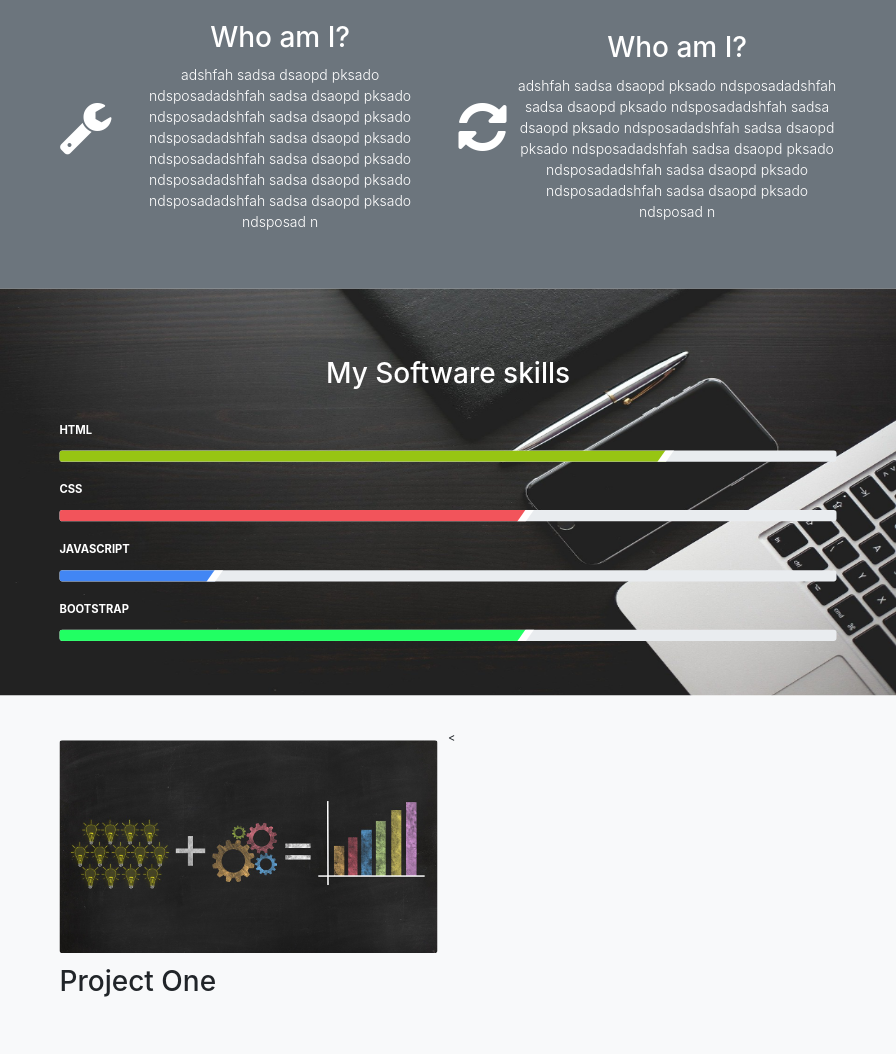
Repository: Kraljiccar/User-Centric-Frontend-Development-Milestone-Project
Page: index.html
The author's editor kept a record of every edit. The page is drawn from the files as they stood at one moment, then again after the next edit.
The browser window is 1280 px wide. The pictures show the part of the page from y = 772 to 2692 px (the page is 2277 px tall before and 2692 px after), at 70% of full size.
Backgrounds fixed to the window are drawn as part of the page.

Above is the page before.

### index.html
<!DOCTYPE html>
<html lang="en-US">

<head>
    <meta charset="UTF-8">
    <meta name="viewport" content="width=device-width, initial-scale=1.0">
    <meta http-equiv="X-UA-Compatible" content="ie=edge">
    <link rel="stylesheet" href="./assets/css/style.css" type="text/css" />
    <link rel="stylesheet" href="https://stackpath.bootstrapcdn.com/bootstrap/4.3.1/css/bootstrap.min.css" integrity="sha384-ggOyR0iXCbMQv3Xipma34MD+dH/1fQ784/j6cY/iJTQUOhcWr7x9JvoRxT2MZw1T" crossorigin="anonymous">
    <link rel="stylesheet" href="https://stackpath.bootstrapcdn.com/font-awesome/4.7.0/css/font-awesome.min.css" type="text/css" />

    <title>Nemanja Kraljic</title>
</head>

<body data-spy="scroll" data-target="#navbarResponsive">
    <section id="banner">
        <div class="container">
            <div class="row max-viewport align-items-center text-center">
                <div class="col-md-6 ">
                    <h1 class="text-white text-uppercase">Nemanja Kraljic</h1>
                    <h3 class="text-white">-Software developer-</h2>
                </div>
            </div>
        </div>
    </section>
    <!-----about me----->
    <section id="about-me" class="py-5 bg-secondary">
        <div class="container">
            <div class="row align-items-center text-center text-white">
                <div class="col-sm-12 col-md-6 col-lg-4text-white my-3 d-flex">
                    <i class="fa fa-wrench fa-5x mr-3 align-self-center"></i>
                    <div class="inner-text">
                        <h1 class="my-3">Who am I?</h1>
                        <p class="lead">adshfah sadsa dsaopd pksado ndsposadadshfah sadsa dsaopd pksado ndsposadadshfah sadsa dsaopd pksado ndsposadadshfah sadsa dsaopd pksado ndsposadadshfah sadsa dsaopd pksado ndsposadadshfah sadsa dsaopd pksado ndsposadadshfah sadsa
                            dsaopd pksado ndsposad n</p>

                    </div>
                </div>
                <div class="col-sm-12 col-md-6 col-lg-4text-white my-3 d-flex">
                    <i class="fa fa-refresh fa-5x mr-3 align-self-center"></i>
                    <div class="inner-text">
                        <h1 class="my-3">Who am I?</h1>
                        <p class="lead">adshfah sadsa dsaopd pksado ndsposadadshfah sadsa dsaopd pksado ndsposadadshfah sadsa dsaopd pksado ndsposadadshfah sadsa dsaopd pksado ndsposadadshfah sadsa dsaopd pksado ndsposadadshfah sadsa dsaopd pksado ndsposadadshfah sadsa
                            dsaopd pksado ndsposad n</p>

                    </div>
                </div>

            </div>
        </div>

    </section>
    <!-----skills---->
    <section id="skills" class="p-5">
       <div class="naslov">
    <h1 class="mb-5 mt-5"> My Software skills</h1>
</div>
<div class="container">
    <div class="row">
        <div class="col-md-12">
            <h3 class="progress-title">HTML</h3>
            <div class="progress">
                <div class="progress-bar" style="width:78%; background:#97c513;">
                    <div class="progress-value">65%</div>
                </div>
            </div>
            <h3 class="progress-title">CSS</h3>
            <div class="progress">
                <div class="progress-bar" style="width:60%; background:#f2545b;">
                    <div class="progress-value">100%</div>
                </div>
            </div>
            <h3 class="progress-title">JAVASCRIPT</h3>
            <div class="progress">
                <div class="progress-bar" style="width:20%; background:#4286f4;">
                    <div class="progress-value">75%</div>
                </div>
            </div>
            <h3 class="progress-title">BOOTSTRAP</h3>
            <div class="progress">
                <div class="progress-bar" style="width:60%; background:#21ff63;">
                    <div class="progress-value">30%</div>
                </div>
            </div>
        </div>
    </div>
</div>
    </section>

    <section id="projects" class="p-5 bg-light" >
      <div class="container">
        <div class="row">
          <div class="col-sm-6 my-3">
              <img src="assets/images/success.jpg" alt="#" class="img-fluid rounded" alt="picture">
            <h1 class="my-3">Project One</h1>
          </div>
          <


        </div>
      </div>
    </section>
    <!-----Script---->
    <script src="https://code.jquery.com/jquery-3.3.1.slim.min.js" integrity="sha384-q8i/X+965DzO0rT7abK41JStQIAqVgRVzpbzo5smXKp4YfRvH+8abtTE1Pi6jizo" crossorigin="anonymous"></script>
    <script src="https://cdnjs.cloudflare.com/ajax/libs/popper.js/1.14.7/umd/popper.min.js" integrity="sha384-UO2eT0CpHqdSJQ6hJty5KVphtPhzWj9WO1clHTMGa3JDZwrnQq4sF86dIHNDz0W1" crossorigin="anonymous"></script>
    <script src="https://stackpath.bootstrapcdn.com/bootstrap/4.3.1/js/bootstrap.min.js" integrity="sha384-JjSmVgyd0p3pXB1rRibZUAYoIIy6OrQ6VrjIEaFf/nJGzIxFDsf4x0xIM+B07jRM" crossorigin="anonymous"></script>
</body>

</html>

### assets/css/style.css
@import url('https://fonts.googleapis.com/css?family=Roboto:400,700&display=swap');

body {
  font-family: 'Roboto', sans-serif;
}

.max-viewport {
  min-height: 100vh;
}

#banner,
#skills {
  background: url("../images/office.jpg"), linear-gradient(rgba(179, 179, 179, 1), rgba(247, 247, 247, 1));
  background-attachment: fixed;
  background-position: center center;
  background-repeat: no-repeat;
  background-size: cover;
}

.naslov {
  color: #fff;
}

.naslov h1 {
  text-align: center
}

.progress-title {
  font-size: 16px;
  font-weight: 700;
  color: #fff;
  margin: 0 0 20px;
}

.progress {
  height: 20px;
  background: #333;
  border-radius: 0;
  box-shadow: none;
  margin-bottom: 30px;
  overflow: visible
}

.progress-value {
  font-size: 20px;
  color: #fff;
}

.progress .progress-bar {
  position: relative;
  -webkit-animation: animate-positive 2s;
  animation: animate-positive 2s
}

.progress .progress-value {
  display: block;
  font-size: 18px;
  font-weight: 500;
  color: black;
  position: absolute;
  top: -30px;
  right: -25px
}

.progress .progress-bar:after {
  content: "";
  display: inline-block;
  width: 10px;
  background: #fff;
  position: absolute;
  top: -10px;
  bottom: -10px;
  right: -5px;
  z-index: 1;
  transform: rotate(35deg)
}

.p1img {
  width: 150px;
  height: 150px;
  background-image: url("../images/succes.jpg");
  background-size: cover;
}

After the next edit:
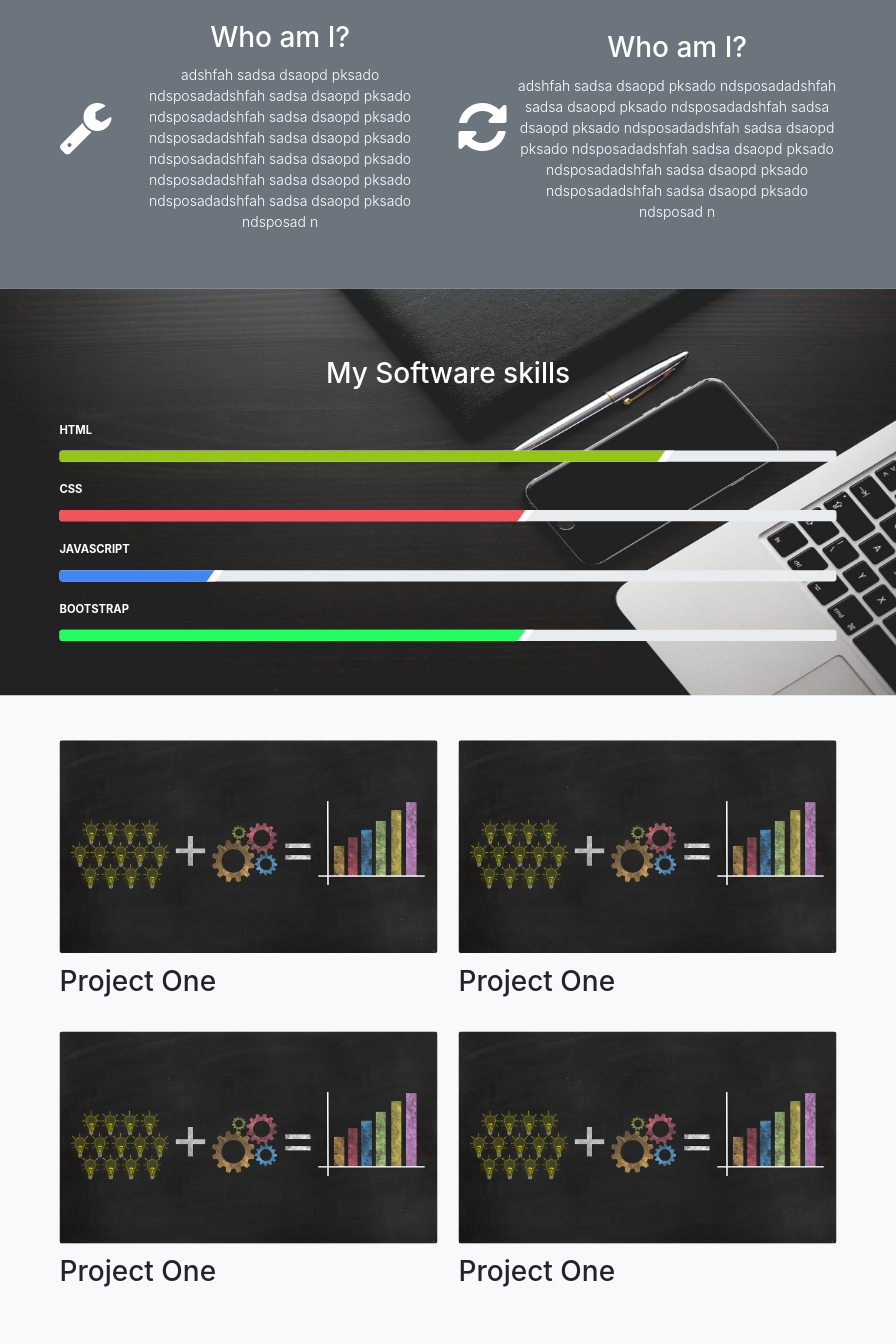
The edit:
--- a/index.html
+++ b/index.html
@@ -94,7 +94,18 @@
               <img src="assets/images/success.jpg" alt="#" class="img-fluid rounded" alt="picture">
             <h1 class="my-3">Project One</h1>
           </div>
-          <
+          <div class="col-sm-6 my-3">
+              <img src="assets/images/success.jpg" alt="#" class="img-fluid rounded" alt="picture">
+            <h1 class="my-3">Project One</h1>
+          </div>
+          <div class="col-sm-6 my-3">
+              <img src="assets/images/success.jpg" alt="#" class="img-fluid rounded" alt="picture">
+            <h1 class="my-3">Project One</h1>
+          </div>
+          <div class="col-sm-6 my-3">
+              <img src="assets/images/success.jpg" alt="#" class="img-fluid rounded" alt="picture">
+            <h1 class="my-3">Project One</h1>
+          </div>
 
 
         </div>
